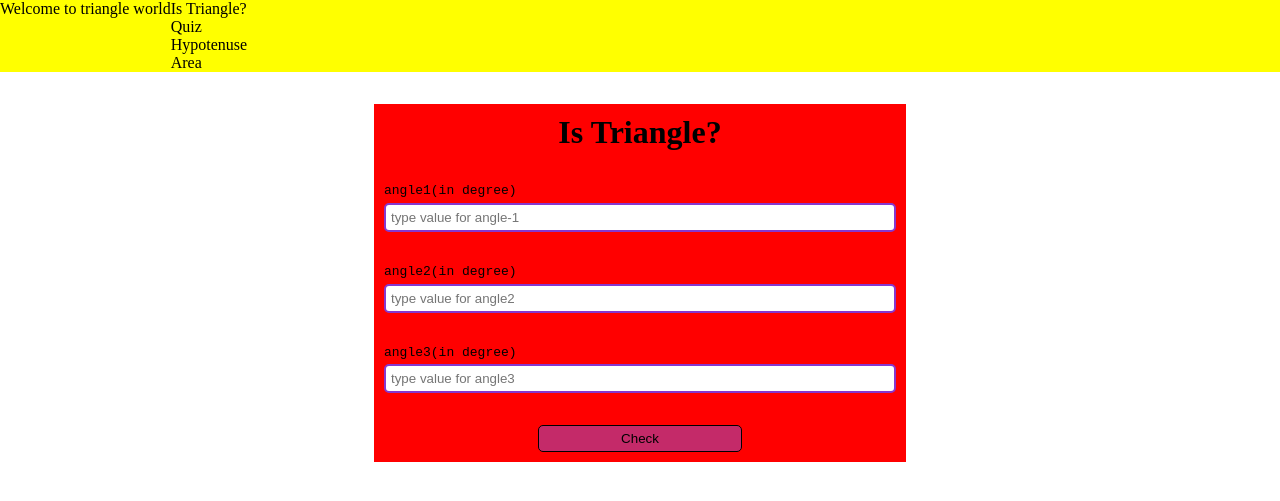
Repository: patelamancode/Fun-with-trianles
Page: index.html
An editor plug-in stored every save of this project. The page is shown before and after the next save, followed by the edit.
The browser window is 1280 px wide. The pictures show the whole page.

Above is the page before, as saved 2022-11-28 15:44:38.

### index.html
<!DOCTYPE html>
<html lang="en">
<head>
    <meta charset="UTF-8">
    <meta http-equiv="X-UA-Compatible" content="IE=edge">
    <meta name="viewport" content="width=device-width, initial-scale=1.0">
    <link rel="stylesheet" href="index.css">
    <title>Fun-With-Triangles</title>
</head>
<body>
    <nav id="navbar">
        <p>Welcome to triangle world</p>
        <div id="nav-links">
            <p id="Is-triangle">Is Triangle?</p>
            <p id="quiz">Quiz</p>
            <p id="hypo">Hypotenuse</p>
            <p id="area">Area</p>
        </div>
    </nav>
    <div id="main-container">
        <h1>Is Triangle?</h1>
        <label for="angle1">angle1(in degree)</label>
        <input type="text" id="angle1-input" placeholder="type value for angle-1">
        <label for="angle2">angle2(in degree)</label>
        <input type="text" id="angle2-input" placeholder="type value for angle2">
        <label for="angle3">angle3(in degree)</label>
        <input type="text" id="angle3-input" placeholder="type value for angle3">
        <button id="check-btn">Check</button>
    </div>
</body>
</html>

### index.css
* {
  margin: 0;
  padding: 0;
}

#navbar {
  background-color: yellow;
  display: flex;
  flex-direction: row;
}
#nav-links{
    margin-right: 0;
}

#main-container {
  background-color: red;
  display: flex;
  flex-direction: column;
  width: 40vw;
  margin: auto;
  margin-top: 2rem;
  padding: 10px;
  text-align: center;
}

.app-title {
  margin: 2rem 0 0 0;
}
label {
  margin-top: 2rem;
  margin-bottom: 0.3rem;
  text-align: left;
  font-family: monospace;
}
input {
  border: 2px solid rgb(134, 55, 207);
  border-radius: 5px;
  padding: 5px;
}
#check-btn {
  margin: auto;
  text-align: center;
  margin-top: 2rem;
  width: 40%;
  padding: 5px 0px;
  background-color: rgba(143, 82, 201, 0.521);
  border: 1px solid;
  border-radius: 5px;
}

After the next save:
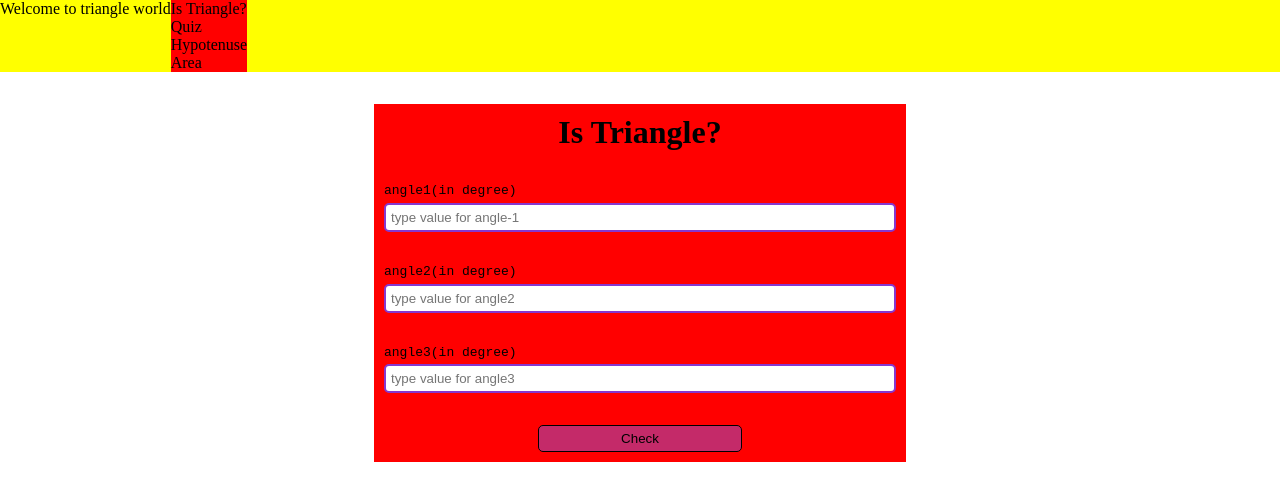
Saved 18 s later.
--- a/index.css
+++ b/index.css
@@ -9,7 +9,8 @@
   flex-direction: row;
 }
 #nav-links{
-    margin-right: 0;
+    background-color: red;
+
 }
 
 #main-container {
